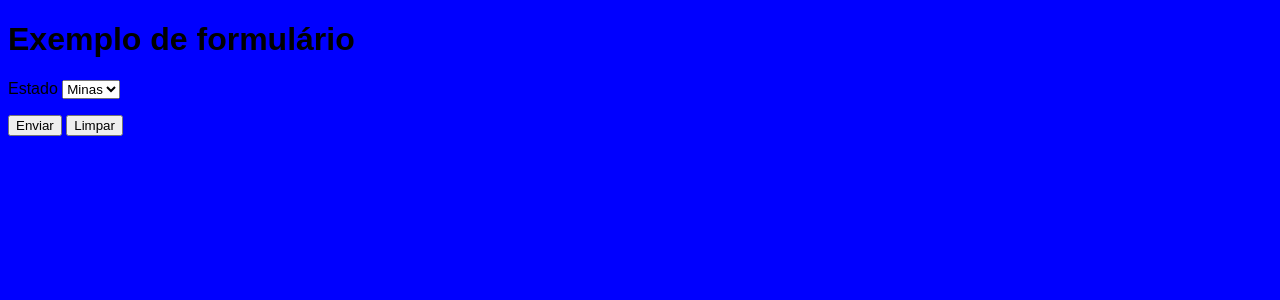
Repository: Codigo404q/html-css
Page: exercicios/ex025/form007.html
These files come from the project's save history. The page is drawn as it stood at one moment and after the next save; the edit follows.
The browser window is 1280 px wide. The pictures show the whole page.

Above is the page before, as saved 2024-01-30 22:12:30.

After the next save:
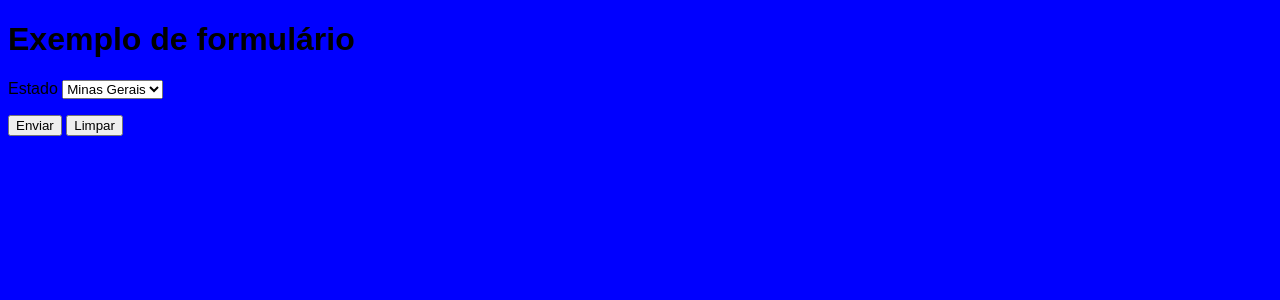
Saved 2 min 47 s later.
--- a/exercicios/ex025/form007.html
+++ b/exercicios/ex025/form007.html
@@ -17,7 +17,7 @@
         <p>
             <label for="iest"> Estado</label>
             <select name="estado" id="iest">
-                <option value="MG">Minas </option>
+                <option value="MG">Minas Gerais</option>
             </select>
         </p>
 
